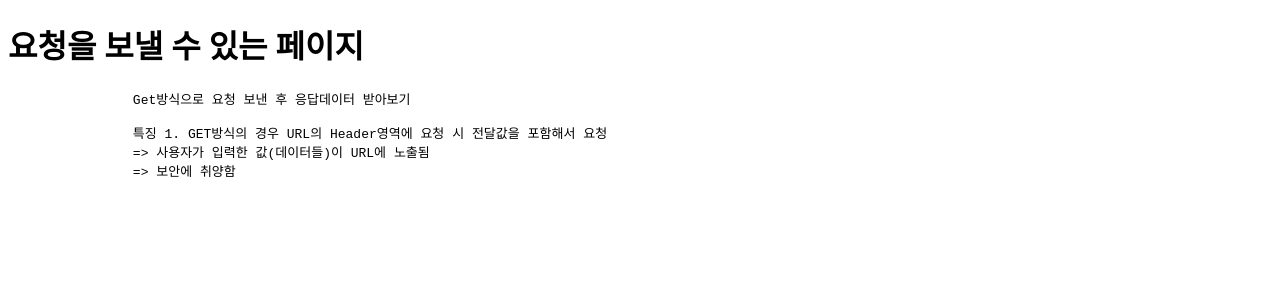
Repository: Simyoungdo04/dynamic-workspace
Page: FirstProject/src/main/webapp/views/request_get.html
These files come from the project's save history. The page is drawn as it stood at one moment and after the next save; the edit follows.
The browser window is 1280 px wide. The pictures show the whole page.

Above is the page before, as saved 2026-05-04 03:39:59.

### FirstProject/src/main/webapp/views/request_get.html
<!DOCTYPE html>
<html>
<head>
<meta charset="UTF-8">
<title>요청 페이지</title>
</head>
<body>

	<h1>요청을 보낼 수 있는 페이지</h1>

	<pre>
		Get방식으로 요청 보낸 후 응답데이터 받아보기

		특징 1. GET방식의 경우 URL의 Header영역에 요청 시 전달값을 포함해서 요청
		=> 사용자가 입력한 값(데이터들)이 URL에 노출됨
		=> 보안에 취양함
	</pre>

</body>
</html>

After the next save:
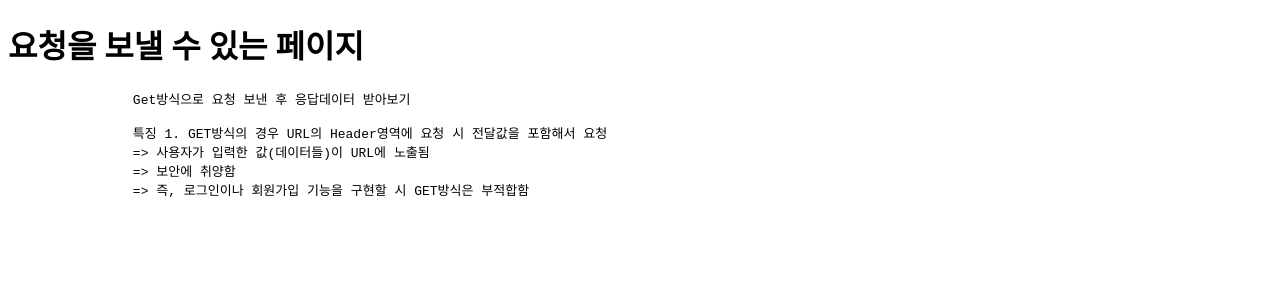
Saved 15 s later.
--- a/FirstProject/src/main/webapp/views/request_get.html
+++ b/FirstProject/src/main/webapp/views/request_get.html
@@ -14,6 +14,7 @@
 		특징 1. GET방식의 경우 URL의 Header영역에 요청 시 전달값을 포함해서 요청
 		=> 사용자가 입력한 값(데이터들)이 URL에 노출됨
 		=> 보안에 취양함
+		=> 즉, 로그인이나 회원가입 기능을 구현할 시 GET방식은 부적합함
 	</pre>
 
 </body>
